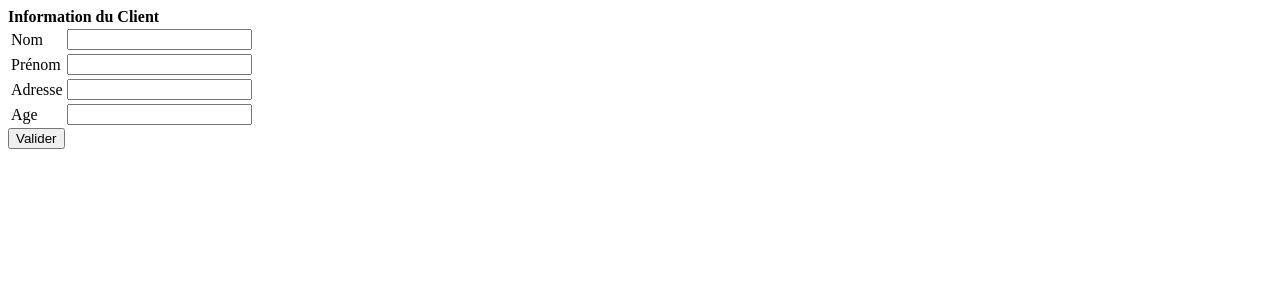
Repository: lemzoo/Formation_JEE
Page: TP_D04__Amelioration_V1.0/src/main/webapp/ajouterClient.html
An editor plug-in stored every save of this project. The page is shown before and after the next save, followed by the edit.
The browser window is 1280 px wide. The pictures show the whole page.

Above is the page before, as saved 2016-06-22 11:03:58.

### TP_D04__Amelioration_V1.0/src/main/webapp/ajouterClient.html
<!DOCtype html>
<html>
<head>
<meta charset="UTF-8">
<title>Ajout d'un Client</title>
</head>
<body>
	<section>
		<b>Information du Client</b>
		<form name=ajoutClient method="post" action="ajouterClient">
			<table>
				<tr>
					<td>Nom</td>
					<td><input type=text name="nom"></td>
				</tr>
				<tr>
					<td>Prénom</td>
					<td><input type=text name="prenom"></td>
				</tr>
				<tr>
					<td>Adresse</td>
					<td><input type=text name="adresse"></td>
				</tr>
				<tr>
					<td>Age</td>
					<td><input type=number name="age"></td>
				</tr>
			</table>
			<input type="submit" value="Valider">
		</form>
	</section>
</body>
</html>

After the next save:
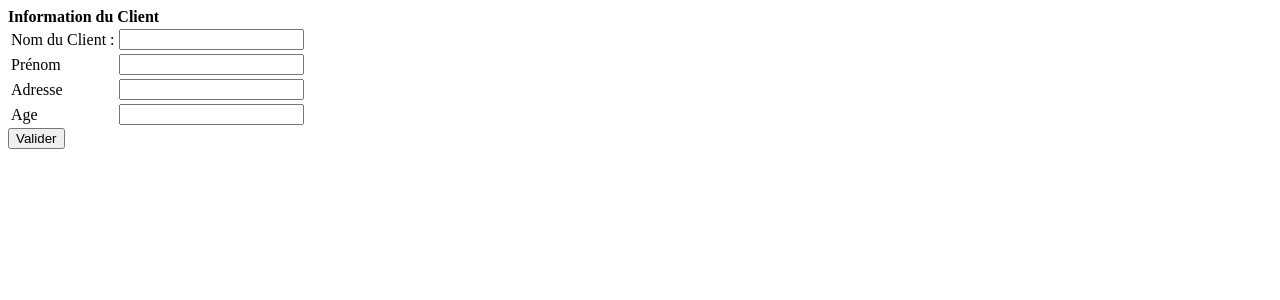
Saved 8 s later.
--- a/TP_D04__Amelioration_V1.0/src/main/webapp/ajouterClient.html
+++ b/TP_D04__Amelioration_V1.0/src/main/webapp/ajouterClient.html
@@ -10,7 +10,7 @@
 		<form name=ajoutClient method="post" action="ajouterClient">
 			<table>
 				<tr>
-					<td>Nom</td>
+					<td>Nom du Client : </td>
 					<td><input type=text name="nom"></td>
 				</tr>
 				<tr>
